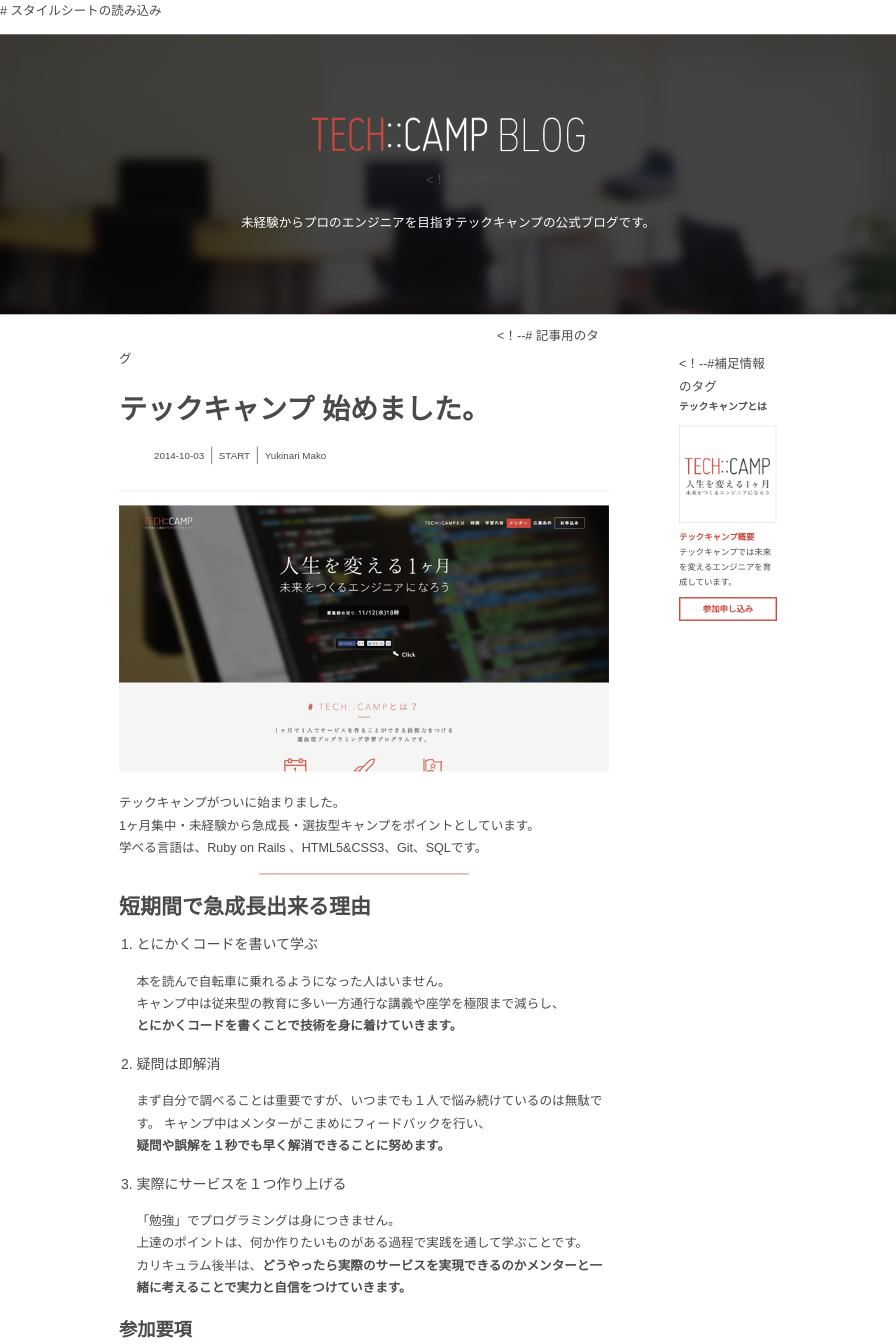
Repository: Kame0012/git_nekotter
Page: techcamp_htmlcss/techcamp_blog/index.html
The author's editor kept a record of every edit. The page is drawn from the files as they stood at one moment, then again after the next edit.
The browser window is 1280 px wide. The pictures show the part of the page from y = 0 to 1920 px (the page is 2700 px tall before and 2668 px after), at 70% of full size.

Above is the page before.

### techcamp_htmlcss/techcamp_blog/index.html
<!DOCTYPE HTML>
<html>
  <head>
    <meta charset="UTF-8">
    <title>テックキャンプ BLOG</title>
    <link rel="stylesheet" href="style.css"> # スタイルシートの読み込み
  </head>

  <body>
    <header id="mainHeader">
      <h1><img src="images/logo.png" alt="テックキャンプ BLOG"></h1>　　　　<！--画像挿入-->
      <p>未経験からプロのエンジニアを目指すテックキャンプの公式ブログです。</p>
    </header>

    <div class="contents clearfix">
      <div class="left_content">
        <article>　　　　　　　　　　　　　　　　　　　　　　　　　　　　　　<！--# 記事用のタグ
          <header>
            <h2>テックキャンプ 始めました。</h2>
            <ul class="meta clearfix">
              <li>2014-10-03</li>
              <li>START</li>
              <li class="meta_last_child">Yukinari Mako</li>
            </ul>
          </header>
          <img src="images/blog_archive_image.png" alt="テックキャンプ ウェブサイト">
          <p>テックキャンプがついに始まりました。<br>1ヶ月集中・未経験から急成長・選抜型キャンプをポイントとしています。<br>
          学べる言語は、Ruby on Rails 、HTML5&CSS3、Git、SQLです。</p>
          <hr>
          <h3>短期間で急成長出来る理由</h3>
          <ol>
            <li>とにかくコードを書いて学ぶ
              <p>本を読んで自転車に乗れるようになった人はいません。<br>
                キャンプ中は従来型の教育に多い一方通行な講義や座学を極限まで減らし、<br>
                <span class="bold">とにかくコードを書くことで技術を身に着けていきます。</span>
              </p>
            </li>
            <li>疑問は即解消
              <p>まず自分で調べることは重要ですが、いつまでも１人で悩み続けているのは無駄です。
              キャンプ中はメンターがこまめにフィードバックを行い、<br>
              <span class="bold">疑問や誤解を１秒でも早く解消できることに努めます。</span>
              </p>
            </li>
            <li>実際にサービスを１つ作り上げる
              <p>「勉強」でプログラミングは身につきません。<br>
                  上達のポイントは、何か作りたいものがある過程で実践を通して学ぶことです。<br>
                  カリキュラム後半は、<span class="bold">どうやったら実際のサービスを実現できるのかメンターと一緒に考えることで実力と自信をつけていきます。</span>
              </p>
            </li>
          </ol>

        <h4>参加要項</h4>
        <h5>実施期間</h5>
        <p>11/22(土曜日) 〜12/27(土曜日)</p>
        <h5>参加条件</h5>

        <ol>
          <li><span class="underline">学習時間を確保できること</span>
            <ul>
              <li>キャンプ中、平日3時間以上、土日祝日6時間以上の学習時間を確保できる方</li>
              <li>週3回以上渋谷のオフィスに来られる方</li>
              <li>※毎週土曜日は進捗共有会を開催いたしますので原則ご参加ください（9時半〜18時）</li>
            </ul>
          </li>
          <li><span class="underline">Mac(PC)を持参できる方</span>
            <ul>
              <li>開発には必ず必要のためご自身で購入をお願いします</li>
              <li>Windows(PC)ではご参加頂けません</li>
            </ul>
          </li>
          <li><span class="underline">キャンプ終了後も継続的に学習を続け、エンジニアとして活躍していく意志のある方</span></li>
        </ol>

        <a href="http://tech-camp.in" class="underline">詳しくはこちら https://tech-camp.in/</a>

        </article>

        <ul class="pagenation clearfix">
          <li class="prev"><a href="#">< PREV</a></li>
          <li class="next"><a href="#">NEXT ></a></li>
        </ul>
      </div>

      <div class="right_content">
        <aside>                                                              <！--#補足情報のタグ
          <h2>テックキャンプとは</h2>
          <img src="images/tech-camp.png" alt="">
          <p>
            <strong>テックキャンプ概要</strong><br>
            テックキャンプでは未来を変えるエンジニアを育成しています。
            <a href="http://tech-camp.in">参加申し込み</a>
          </p>
        </aside>
      </div>
    </div>

    <footer id="mainFooter" class="clearfix">
      <p>C 2014 we-b inc.</p>
    </footer>

  </body>
</html>

### techcamp_htmlcss/techcamp_blog/style.css
body, html {
   height: 100%;
   background-color: white;
 }

 h1, h2, h3, h4, h5, h6, p, body {
   line-height: 1.77;
   font-size: 18px;
   color: #4a4a4a;
   font-family: sans-serif;
   margin: 0;
   padding: 0;
 }

 ol{
   margin: 0;
   padding-left: 25px;
 }

 .contents {
   width: 940px;
   /* 上下は余白なし。左右は均一 */
   margin: 0 auto;
 }

 .left_content {
   width: 700px;
   /* 並列に並べる。左寄せ */
   float: left;
   margin: 40px 0 0 0;
 }

 .right_content {
   width: 140px;
  　/* 並列に並べる。右寄せ */
   float: right;
 }

/* floatプロパティを使用した際に起こるレイアウトの崩れを修正するためのクラス　*/
 .clearfix:after {
   content: "";
   clear: both;
   display: block;
 }

 .bold {
   font-weight: bold;
 }

 .underline {
   text-decoration: underline;
 }


 #mainHeader {
   /* 背景画像など　*/
   background: url(images/bg_header.png) no-repeat center center;
   padding: 130px 0;
   text-align: center;
 }

 #mainHeader p {
   margin: 30px 0 0 0;
   color: #fff;
   font-family: serif;
 }

 a {
   text-decoration: none;
   color: #ca493c;
 }

 h1 {
   font-size: 45px;
 }

 h2 {
   font-size: 40px;
 }

 h3 {
   font-size: 33px;
 }

 h4 {
   font-size: 27px;
 }

.contents .left_content article {
   border-bottom: 1px solid #bebebe;
   padding-bottom: 30px;
 }

 .contents .left_content header {
   padding: 0 0 20px;
   border-bottom: 1px solid #e3e3e3;
   margin-bottom: 20px;
 }

 .contents .left_content h2 {
   padding-top: 20px;
 }

 .contents .left_content p {
   margin: 20px 0;
 }

 .contents .left_content {
   margin: 0;
   padding: 0;
   list-style: none;
 }

 .contents .left_content .meta li {
   padding: 0 10px;
   margin: 0;
   float: left;
   list-style: none;
   font-size: 14px;
   color: #4c4c4c;
   border-right: 1px solid #4c4c4c;
 }

 .contents .left_content li.meta_last_child {
   border-right: none;
 }

 .contents .left_content h3, .contents .left_content h4 {
   margin-bottom: 10px;
 }

 .contents .left_content h3 {
   font-size: 30px;
 }

 .contents .left_content h4 {
   font-size: 26px;
 }

 .contents .left_content hr {
   width: 300px;
   margin: 20px auto;
   border: 0;
   border-top: 1px solid #ca493c;
 }

 .contents .left_content ol {
   margin-top: 0px;
   font-size: 20px;
 }

 .contents .pagenation {
   padding: 10px 0;
   font-size: 12px;
 }

 .contents .pagenation li {
   border: 1px solid #e3e3e3;
   list-style: none;
 }

 .contents .pagenation li a {
   display: block;
   padding: 5px 10px;
 }

 .contents .pagenation li a:hover {
   background-color: #f7f7f6;
 }

 .contents .pagenation li.prev {
   float: left;
 }

 .contents .pagenation li.next {
   float: right;
 }

 .right_content {
   margin-top: 40px;
   width: 140px;
   float: right;
 }

 .right_content h2 {
   font-size: 14px;
   margin: 0 0 14px 0;
 }

 .right_content p {
   font-size: 12px;
 }

 .right_content p strong {
   color: #ca493c;
 }

 .right_content p a {
   border: 2px solid #ca493c;
   line-height: 30px;
   /* 中央寄せしたいインライン要素の親要素に入れる */
   text-align: center;
   display: block;
   font-weight: bold;
   margin-top: 10px;
 }

 #mainFooter {
   padding-top: 40px;
 }

 #mainFooter p {
   border-top: 1px solid #e3e3e3;
   text-align: center;
   padding: 20px 0;
   font-size: 12px;
 }
このカリキュラムの理解度を教えてください
ボタンを押していただくと次へ進めます

After the next edit:
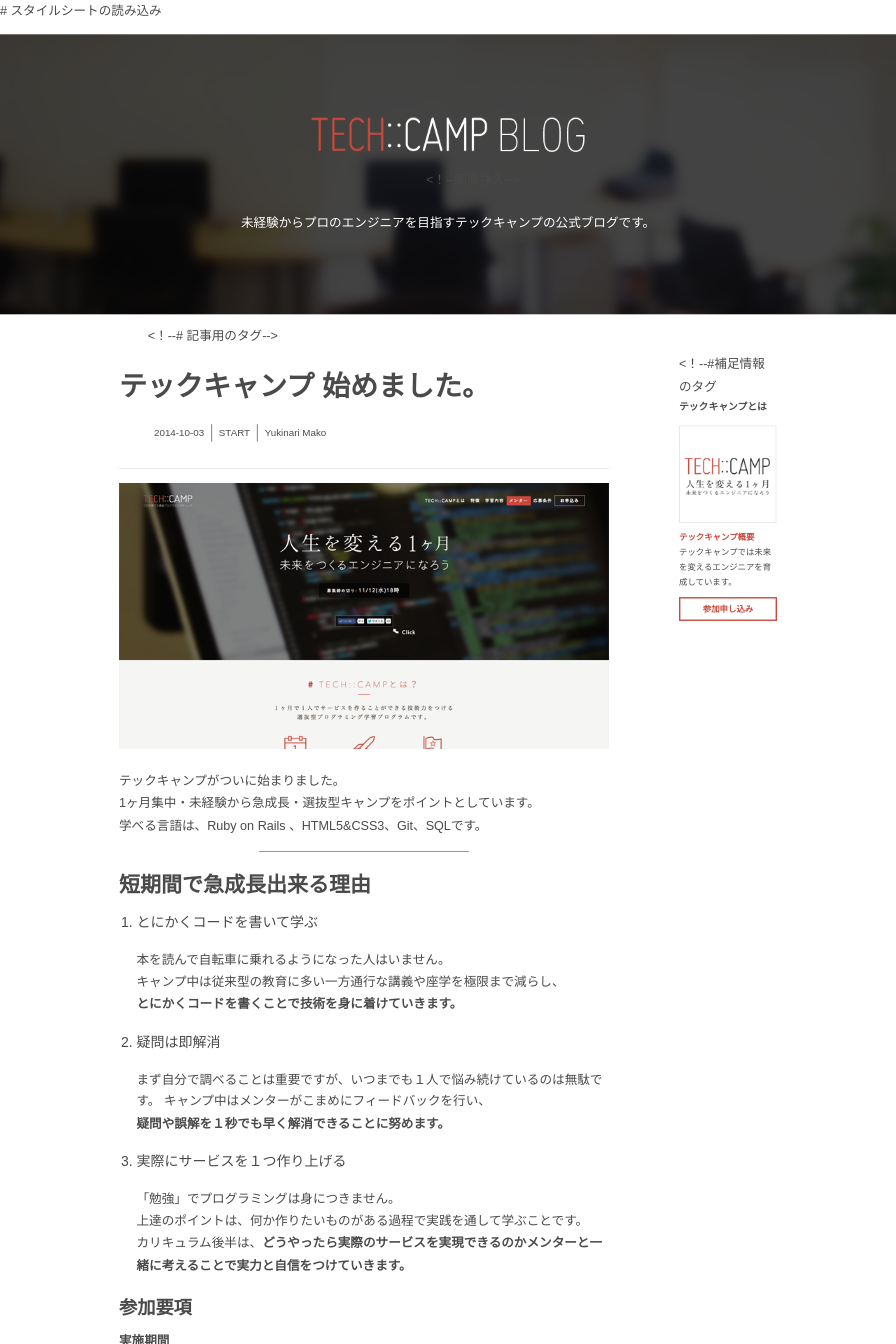
The edit:
--- a/techcamp_htmlcss/techcamp_blog/index.html
+++ b/techcamp_htmlcss/techcamp_blog/index.html
@@ -14,7 +14,7 @@
 
     <div class="contents clearfix">
       <div class="left_content">
-        <article>　　　　　　　　　　　　　　　　　　　　　　　　　　　　　　<！--# 記事用のタグ
+        <article>　　                                                       <！--# 記事用のタグ-->
           <header>
             <h2>テックキャンプ 始めました。</h2>
             <ul class="meta clearfix">
